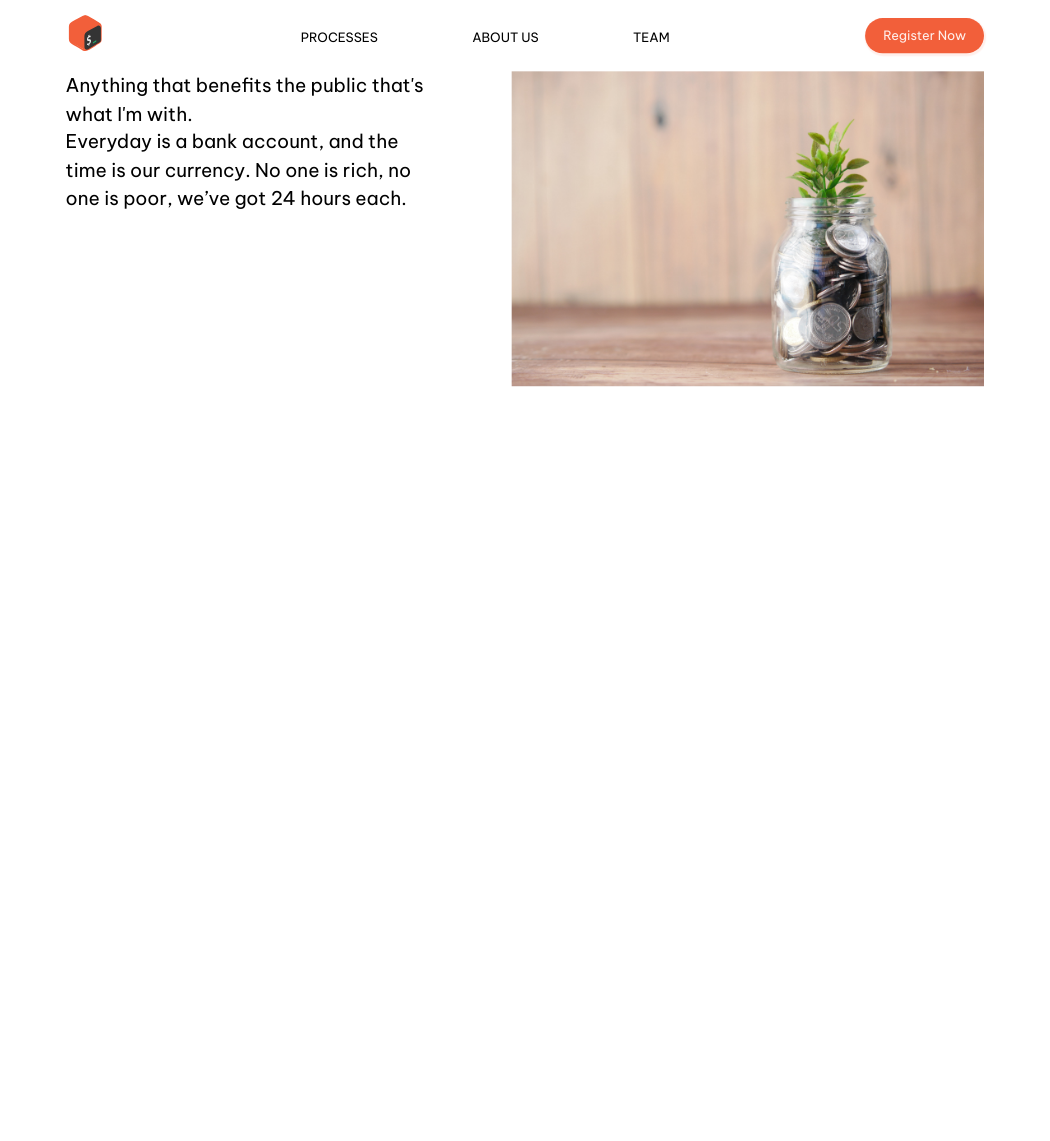
Repository: Esraa22M/Banking_Site
Page: index.html
The author's editor kept a copy of each file at every save. The page is drawn from the files as they stood at one save, then again after the next save.
The browser window is 1280 px wide. The pictures show the whole page, at 82% of full size.

Above is the page before, as saved 2022-11-01 00:49:18.

### index.html
<!DOCTYPE html>
<html lang="en">

<head>
    <meta charset="UTF-8">
    <meta http-equiv="X-UA-Compatible" content="IE=edge">
    <meta name="viewport" content="width=device-width, initial-scale=1.0">
    <title>Document</title>
    <!-- font family link -->
    <link rel="preconnect" href="https://fonts.googleapis.com">
    <link rel="preconnect" href="https://fonts.gstatic.com" crossorigin>
    <link href="https://fonts.googleapis.com/css2?family=Be+Vietnam+Pro:wght@400;500;700&display=swap" rel="stylesheet">
    <!-- external style sheet link -->
    <link rel="stylesheet" href="style.css">
</head>

<body>
    <header class="primary__header">
        <div class="navgation__wrapper container"> <a href="#"><img src="./images/logo.svg" /></a>
            <button class="humberger__button_toggle--container" aria-expanded="false"
                aria-controls="controls the navigation menu's open and closing">
                <span class="sr-only">Nagivation menu</span>
                <span class="button__close hidden-sm" aria-hidden="true">x</span>
                <span class="button__open" aria-hidden="true"></span>
            </button>
            <nav class="primary__navigation">
                <ul role="list" class="primary__navigation--list hidden-sm">
                    <li class="primary__navigation-item">
                        <a href="#section__1" class="primary__navigation-link">processes</a>
                    </li>
                    <li class="primary__navigation-item">
                        <a href="#section__2" class="primary__navigation-link">About us</a>
                    </li>
                    <li class="primary_navigation-item">
                        <a href="#section__3" class="primary__navigation-link">Team</a>
                    </li>

                </ul>
            </nav>
            <a href="#" class="register__button" role="open new account">Register Now</a>
        </div>
        <section class="Intro even-columns container">
            <div>
                <h2 class="intro__header">Anything that benefits the public that's what I'm
                    with.</h2>
                <p class="intro__sub--header">
                    Everyday is a bank account, and the time is our currency. No one is rich,
                    no
                    one is poor, we’ve got 24 hours each.</p>
            </div>
            <div>
                <img src="./images/baning_intro.jpg" alt="money grow" class="intro__image">
            </div>
        </section>
    </header>
    <main>
        <section class="modal container hidden">
            <button class="modal__close--button">
                <span>&times;</span>
            </button>
            <h2 class="modal--header">Open your bank account</h2>
            <form class="create__account--form">
                <figure class="form__logo--wrapper">
                    <img src="images/form_logo.svg" alt="human" class="form__logo">
                    <figcaption class="sr-only">a batman image is a logo for the registeration form</figcaption>
                </figure>
                <div class="first_name--wrapper"><label for="first name" class="sr-only">First Name:</label>
                    <input type="text" class="first_name" placeholder="Enter your First Name" />
                </div>
                <div class="last_name--wrapper"><label for="last name" class="sr-only">Last Name:</label>
                    <input type="text" class="last_name" placeholder="Enter your Last Name" />
                </div>
                <div class="email--wrapper"><label for=" email" class="sr-only">Email:</label>
                    <input type="email" class="email" placeholder="Enter your Email" />
                </div>
                <div class="create_account--button__wrapper">
                    <button type="submit" class="register__button create_account--button">Next Step &rarr;</button>
                </div>
            </form>
        </section>
        <div class="overlay hidden"></div>
    </main>
    <script src="main.js"></script>

</body>

</html>

### style.css
:root {
  --clr-accent-400: hsl(12, 88%, 59%);
  --clr-accent-100: hsl(13, 100%, 96%);
  --clr-primary-400: hsl(228, 39%, 23%);
  --clr-neutral-100: hsl(232, 12%, 13%);
  --clr-neutral-900: hsl(0 0% 0%);
  --ff-primary: "Be Vietnam Pro", sans-serif;
  --fw-regular: 400;
  --fw-semi-bold: 500;
  --fw-bold: 700;
  --fs-300: 0.8125rem;
  --fs-400: 0.875rem;
  --fs-500: 0.9375rem;
  --fs-600: 1rem;
  --fs-650: 1.2rem;
  --fs-700: 1.875rem;
  --fs-800: 2.5rem;
  --fs-900: 3.5rem;
  /* fontsize setup for mobile screen and tablet */
  --fs-body: var(--fs-400);
  --fs-primary-heading: var(--fs-800);
  --fs-secondary-heading: var(--fs-700);
  --fs-nav: var(--fs-500);
  --fs-button: var(--fs-300);
}
/* for desktop screen size */
@media (min-width: 50em) {
  :root {
    --fs-body: var(--fs-650);
    --fs-primary-heading: var(--fs-900);
    --fs-secondary-heading: var(--fs-800);
    --fs-nav: var(--fs-300);
  }
}

/* style reseting refer to kevin powell */
/* Box sizing rules */
*,
*::before,
*::after {
  box-sizing: border-box;
}

/* Remove default margin */
* {
  margin: 0;
  padding: 0;
  font: inherit;
}

/* Remove list styles on ul, ol elements with a list role, which suggests default styling will be removed */
ul[role="list"],
ol[role="list"] {
  list-style: none;
}

/* Set core root defaults */
html:focus-within {
  scroll-behavior: smooth;
}

html,
body {
  font-family: var(--ff-primary);
  height: 100%;
  line-height: 1.5;
  font-size: var(--fs-body);
  z-index: 10;
}
/* utility classes */
.sr-only {
  position: absolute;
  width: 1px;
  height: 1px;
  padding: 0;
  margin: -1px;
  overflow: hidden;
  clip: rect(0, 0, 0, 0);
  border: 0;
}
.container {
  /* content width setup */
  --max-width: 1120px;
  --margin: 5%;
  width: min(var(--max-width), 100% - var(--margin));
  margin-inline: auto;
}

/* navigation style */

.navgation__wrapper {
  display: flex;
  align-items: center;
  padding: 1em 0;
  justify-content: space-between;
  font-size: var(--fs-nav);
  line-height: 1.4rem;
  position: relative;
  z-index: 2000;
}
.primary__navigation--list {
  display: flex;
  gap: 3rem;
  flex-direction: column;
}
/* nav links style */
.navgation__wrapper a {
  text-decoration: none;
}
.primary__navigation-link {
  text-transform: uppercase;
  color: var(--clr-neutral-900);
  font-weight: var(--fw-regular);
}
.primary__navigation-link:hover,
.primary__navigation-link:focus-within {
  color: var(--clr-accent-400);
}
.primary__navigation-link::before {
  content: "";
  display: block;
  height: 0.2em;
  background-color: var(--clr-accent-400);
  width: 0%;
  transition: width ease-in-out 250ms;
}
.primary__navigation-link:hover::before {
  width: 100%;
}

/* humberger button and close humberger button style */

.humberger__button_toggle--container {
  position: absolute;
  top: 1em;
  z-index: 20;
  background-color: transparent;
  border: none;
  outline: none;
  right: 1em;
}
.button__open::before,
.button__open::after,
.button__open {
  content: "";
  width: 2em;
  display: block;
  height: 3px;
  cursor: pointer;
  position: relative;
  transition: all ease-in-out 250ms;
  background-color: var(--clr-neutral-900);
}

.button__open::before {
  top: 0.6em;
}
.button__open::after {
  bottom: 0.8em;
}
.button__close {
  font-weight: var(--fw-semi-bold);
  font-size: var(--fs-700);
  transition: all ease-in-out 250ms;
}

.register__button {
  border: none;
  outline: none;
  background-color: var(--clr-accent-400);
  color: var(--clr-accent-100);
  padding: 0.5em 1.4em;
  border-radius: 100vmax;
  box-shadow: 1px 2px 0.1em 0.1em var(--clr-accent-100);
}
.register__button:hover,
.register__button:focus-within {
  box-shadow: none;
  opacity: 0.8;
}
/*navigation overlay */

.primary__header[overlay]::before {
  content: "";
  position: absolute;
  inset: 0;
  height: 100%;
  z-index: 1;
  background-image: linear-gradient(rgb(0 0 0 / 0), rgb(0 0 0 / 0.8));
}

/*popup modal style */
.modal {
  position: fixed;
  top: 50%;
  display: grid;
  z-index: 1000;
  align-items: center;
  justify-content: center;
  padding: 3em 0;
  margin-top: 2em;
  position: relative;
  max-width: 25em;
  background-color: white;
  border: 1px solid var(--clr-neutral-900);
  border-radius: 4px;
  transform-origin: top;
  transition: all 0.5s ease-in-out;
}
.modal--header {
  font-size: var(--fs-primary-heading);
  text-transform: capitalize;
  text-align: center;
}
.create__account--form {
  background-color: white;
  margin: auto;
}
.form__logo--wrapper {
  background-color: var(--clr-accent-400);
  text-align: center;
  border-radius: 50%;
  border-bottom: 0.5em solid var(--clr-neutral-900);
  margin-top: 2em;
}
.first_name,
.last_name,
.email {
  border: none;
  outline: none;
  padding: 0.5em 1em;
  margin-top: 2em;
  border-bottom: 0.5px solid gray;
  transition: border ease-in-out 500ms;
}
.first_name--wrapper::after,
.last_name--wrapper::after,
.email--wrapper::after {
  content: "";
  display: block;
  height: 0.2em;
  background-color: var(--clr-accent-400);
  width: 0%;
  transition: width ease-in-out 250ms;
}
.first_name--wrapper:focus-within::after,
.last_name--wrapper:focus-within::after,
.email--wrapper:focus-within::after {
  width: 100%;
}
.first_name--wrapper:focus-within .first_name,
.last_name--wrapper:focus-within .last_name,
.email--wrapper:focus-within .email {
  border: none;
}
.create_account--button__wrapper {
  text-align: center;
}
.create_account--button {
  margin-top: 1em;
}

.modal__close--button {
  border: none;
  outline: none;
  position: absolute;
  background-color: transparent;
  font-size: var(--fs-800);
  top: 0;
  right: 1em;
  line-height: 1.5;
}
.overlay {
  position: fixed;
  top: 0;
  left: 0;
  width: 100%;
  height: 100%;
  background-color: rgba(0, 0, 0, 0.5);
  backdrop-filter: blur(3px);
  z-index: 100;
  transform-origin: top;
  transition: all 0.5s ease-in-out;
}
/* utility class */
.hidden {
  opacity: 0;
  transform: scale(1, 0);
}
.even-columns {
  display: grid;
  grid-auto-flow: column;
  gap: 4em;
}
/* intro section */
.intro__image {
  width: 25em;
}
/* media query for mobile screen */

@media (max-width: 40em) {
  /* navigation list style */
  .navgation__wrapper {
    justify-content: space-evenly;
  }
  .primary__navigation--list {
    position: absolute;
    top: 100%;
    left: 0;
    width: 100%;
    padding: 2rem;
    display: flex;
    justify-content: center;
    background-color: white;
    box-shadow: 0 0 1px 1px var(--clr-accent-100);
    align-items: center;
    transform-origin: top;
    transition: transform 400ms ease-in-out;
  }
  .register__button {
    padding: 0.5em 1em;
    margin-right: min(3em, 12%);
  }
  /* utility class */
  .hidden-sm {
    opacity: 0;
    transform: scale(1, 0);
  }
  .modal__close--button {
    top: 0;
    right: 0.5em;
    font-size: var(--fs-secondary-heading);
    line-height: 1.5;
  }
}
@media (min-width: 40em) {
  /* navigation style */
  .register__button {
    display: block;
  }
  .primary__navigation--list {
    gap: 6rem;
    flex-direction: row;
  }

  .humberger__button_toggle--container {
    display: none;
  }
  /* modal style */
  .modal--header {
    max-width: 15ch;
    margin: auto;
  }
  /* .modal__close--button {
    top: 1em;
    right: 2em;
  } */
}

### images/logo.svg
<svg xmlns="http://www.w3.org/2000/svg"  viewBox="0 0 48 48" width="48px" height="48px" fill-rule="evenodd" clip-rule="evenodd"><linearGradient id="FAKZ2g97PrDXJBy36-66Qa" x1="35.753" x2="11.271" y1="3.643" y2="46.048" gradientUnits="userSpaceOnUse"><stop offset="0" stop-color="#f9f9f9"/><stop offset=".26" stop-color="#f0f1f2"/><stop offset=".678" stop-color="#d9dcdf"/><stop offset="1" stop-color="#c2c8cc"/></linearGradient><path fill="hsl(12, 88%, 59%)" fill-rule="evenodd" d="M22.903,3.286c0.679-0.381,1.515-0.381,2.193,0	c3.355,1.883,13.451,7.551,16.807,9.434C42.582,13.1,43,13.804,43,14.566c0,3.766,0,15.101,0,18.867	c0,0.762-0.418,1.466-1.097,1.847c-3.355,1.883-13.451,7.551-16.807,9.434c-0.679,0.381-1.515,0.381-2.193,0	c-3.355-1.883-13.451-7.551-16.807-9.434C5.418,34.899,5,34.196,5,33.434c0-3.766,0-15.101,0-18.867	c0-0.762,0.418-1.466,1.097-1.847C9.451,10.837,19.549,5.169,22.903,3.286z" clip-rule="evenodd"/><path fill="hsl(12, 88%, 59%)" d="M23.987,46.221c-1.085,0-2.171-0.252-3.165-0.757c-2.22-1.127-5.118-2.899-7.921-4.613	c-1.973-1.206-3.836-2.346-5.297-3.157C5.381,36.458,4,34.113,4,31.572V16.627c0-2.59,1.417-4.955,3.699-6.173	c3.733-1.989,9.717-5.234,12.878-7.01l0,0c2.11-1.184,4.733-1.184,6.844,0c3.576,2.007,10.369,6.064,14.252,8.513	C43.13,12.874,44,14.453,44,16.182V32c0,2.4-0.859,4.048-2.553,4.895c-0.944,0.531-2.628,1.576-4.578,2.787	c-3.032,1.882-6.806,4.225-9.564,5.705C26.27,45.942,25.128,46.221,23.987,46.221z M21.556,5.188	C18.384,6.97,12.382,10.226,8.64,12.22C7.012,13.088,6,14.776,6,16.627v14.945c0,1.814,0.987,3.49,2.576,4.373	c1.498,0.832,3.378,1.981,5.369,3.199c2.77,1.693,5.634,3.445,7.783,4.536c1.458,0.739,3.188,0.717,4.631-0.056	c2.703-1.451,6.447-3.775,9.456-5.643c1.97-1.223,3.671-2.279,4.696-2.854C41.835,34.464,42,33.109,42,32V16.182	c0-1.037-0.521-1.983-1.392-2.532c-3.862-2.435-10.613-6.467-14.165-8.461C24.913,4.331,23.086,4.331,21.556,5.188L21.556,5.188z"/><path fill="#343434" d="M22.977,41.654L22.92,28.216c-0.011-2.594,1.413-4.981,3.701-6.204l12.01-6.416	c1.998-1.068,4.414,0.38,4.414,2.646v14.73c0,1.041-0.54,2.008-1.426,2.554l-14.068,8.668	C25.557,45.424,22.987,43.996,22.977,41.654z"/><linearGradient id="FAKZ2g97PrDXJBy36-66Qb" x1="32.281" x2="23.433" y1="26.55" y2="41.876" gradientUnits="userSpaceOnUse"><stop offset="0" stop-color="#f9f9f9"/><stop offset=".26" stop-color="#f0f1f2"/><stop offset=".678" stop-color="#d9dcdf"/><stop offset="1" stop-color="#c2c8cc"/></linearGradient><path fill="url(#FAKZ2g97PrDXJBy36-66Qb)" d="M28.799,26.274	c0.123-0.063,0.225,0.014,0.227,0.176l0.013,1.32c0.552-0.219,1.032-0.278,1.467-0.177c0.095,0.024,0.136,0.153,0.098,0.306	l-0.291,1.169c-0.024,0.089-0.072,0.178-0.132,0.233c-0.026,0.025-0.052,0.044-0.077,0.057c-0.04,0.02-0.078,0.026-0.114,0.019	c-0.199-0.045-0.671-0.148-1.413,0.228c-0.778,0.395-1.051,1.071-1.046,1.573c0.007,0.601,0.315,0.783,1.377,0.802	c1.416,0.023,2.027,0.643,2.042,2.067c0.016,1.402-0.733,2.905-1.876,3.826l0.025,1.308c0.001,0.157-0.1,0.338-0.225,0.4	l-0.775,0.445c-0.123,0.063-0.225-0.014-0.227-0.172l-0.013-1.286c-0.664,0.276-1.334,0.342-1.763,0.17	c-0.082-0.032-0.117-0.152-0.084-0.288l0.28-1.181c0.022-0.092,0.071-0.186,0.138-0.246c0.023-0.023,0.048-0.04,0.072-0.053	c0.044-0.022,0.087-0.027,0.124-0.013c0.462,0.155,1.053,0.082,1.622-0.206c0.722-0.365,1.206-1.102,1.198-1.834	c-0.007-0.664-0.366-0.939-1.241-0.946c-1.113,0.002-2.151-0.216-2.168-1.855c-0.014-1.35,0.688-2.753,1.799-3.641l-0.013-1.319	c-0.001-0.162,0.098-0.34,0.225-0.405L28.799,26.274z"/><path fill="#21a366" d="M37.226,34.857l-3.704,2.185c-0.109,0.061-0.244-0.019-0.244-0.143v-1.252	c0-0.113,0.061-0.217,0.16-0.273l3.704-2.185c0.111-0.061,0.246,0.019,0.246,0.145v1.248C37.388,34.697,37.326,34.801,37.226,34.857"/></svg>

### main.js
/* navigation sm screen */
let navToggle = document.querySelector(".humberger__button_toggle--container");
let button__open = document.querySelector(".button__open");
let primary__navigation = document.querySelector(".primary__navigation");
let primary__navigation_list = document.querySelector(
  ".primary__navigation--list"
);
let button__close = document.querySelector(".button__close");
let primary__header = document.querySelector(".primary__header");
navToggle.addEventListener("click", () => {
  if (!primary__navigation.hasAttribute("data-visible")) {
    navToggle.setAttribute("aria-expanded", true);
    button__open.setAttribute("aria-hidden", true);
    button__close.setAttribute("aria-hidden", false);
  } else {
    primary__navigation.removeAttribute("data-visible");
    navToggle.setAttribute("aria-expanded", false);
    button__open.setAttribute("aria-hidden", false);
    button__close.setAttribute("aria-hidden", true);
  }
  primary__navigation.toggleAttribute("data-visible");

  button__open.classList.toggle("hidden-sm");
  button__close.classList.toggle("hidden-sm");
  primary__header.toggleAttribute("overlay");
  primary__navigation_list.classList.toggle("hidden-sm");
});

/* model window handling */
let modal = document.querySelector(".modal");
let close_modal = document.querySelector(".modal__close--button");
let open_modal = document.querySelector(".register__button");
let overlay = document.querySelector(".overlay");

/*handle open modal */
let openModal = (e) => {
  console.log(e);
  e.preventDefault();
  modal.classList.remove("hidden");
  overlay.classList.remove("hidden");
};
open_modal.addEventListener("click", openModal);

/*handle close modal */
let closeModal = (e) => {
  e.preventDefault();
  modal.classList.add("hidden");
  overlay.classList.add("hidden");
};
close_modal.addEventListener("click", closeModal);

After the next save:
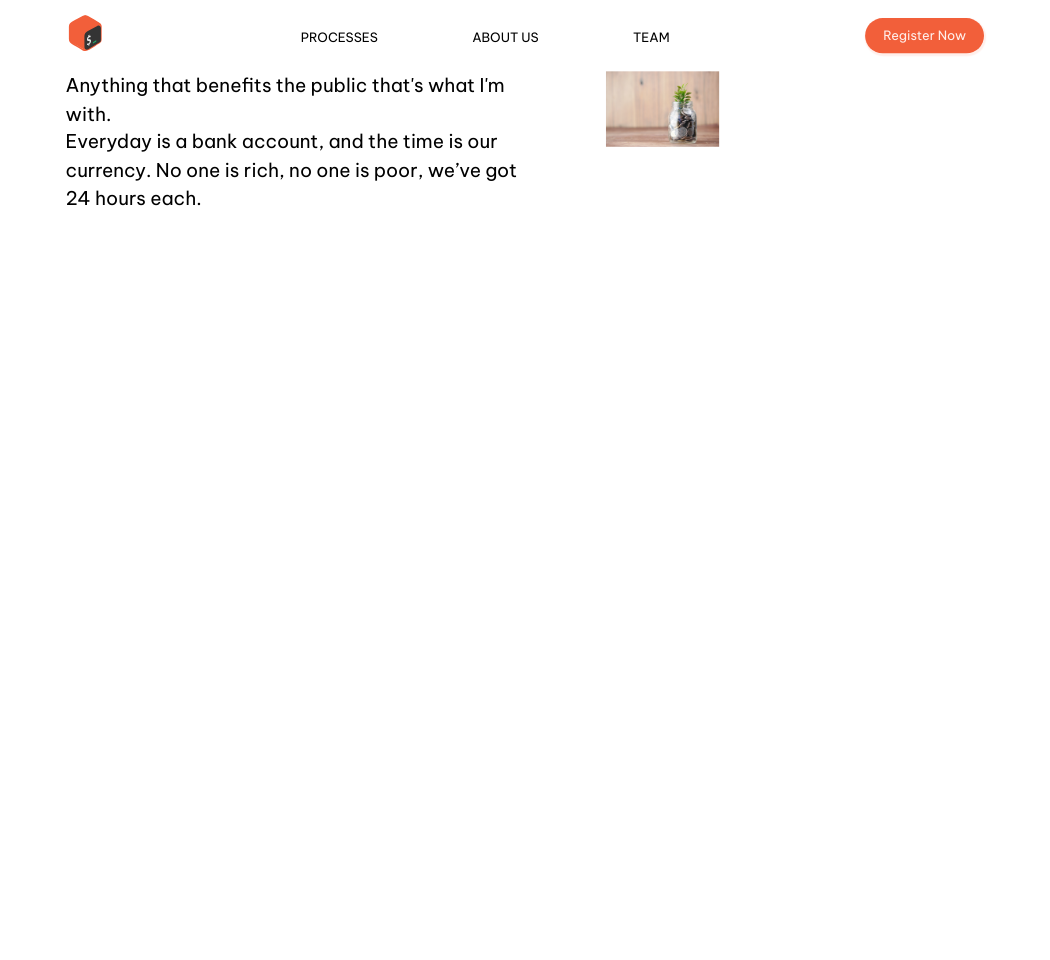
Saved 60 s later.
--- a/style.css
+++ b/style.css
@@ -294,7 +294,7 @@
 }
 /* intro section */
 .intro__image {
-  width: 25em;
+  width: min(25em, 30%);
 }
 /* media query for mobile screen */
 
